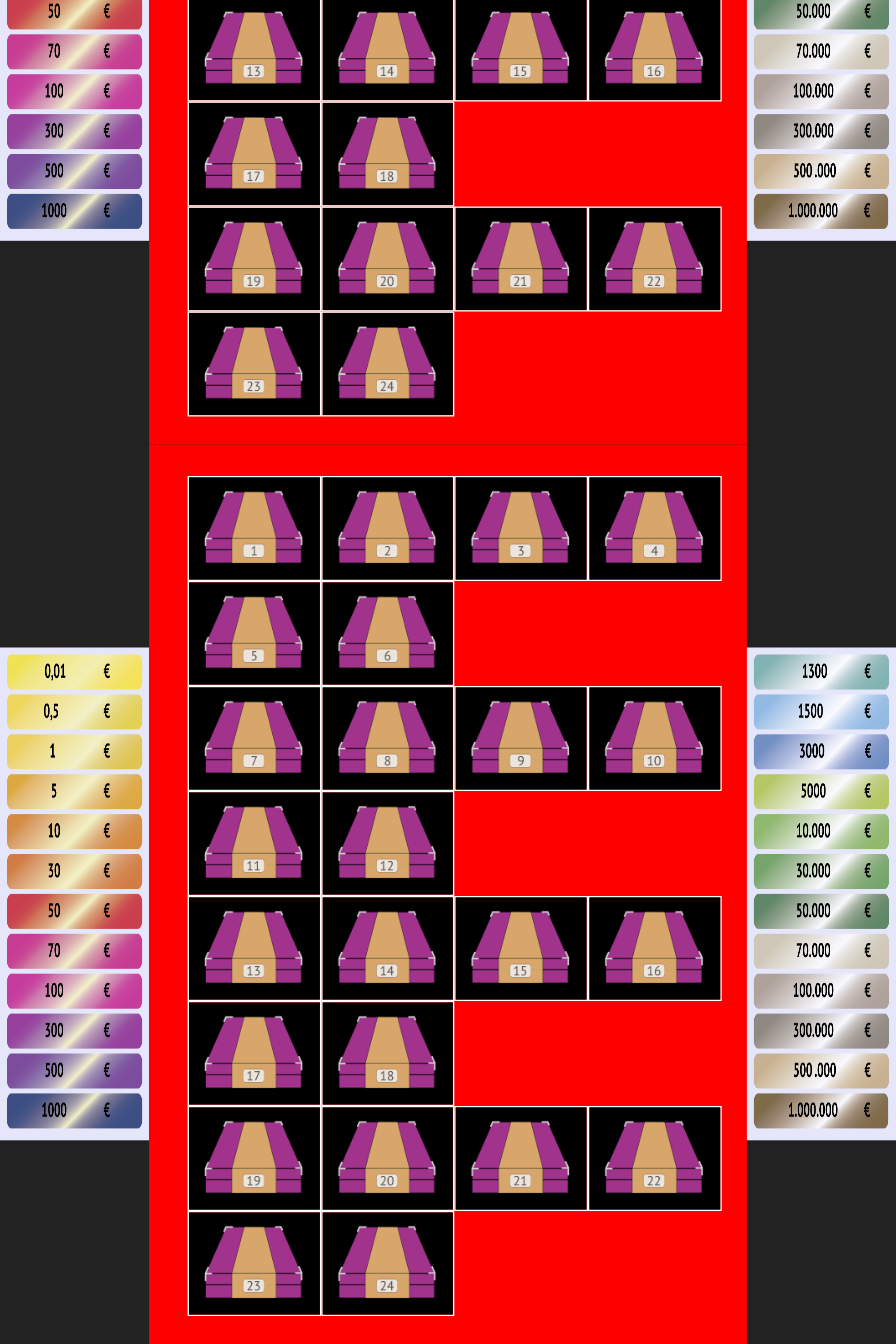
Repository: elnacp/Deal_or_no_deal
Page: DealOrNoDeal/index.html
These files come from the project's save history. The page is drawn as it stood at one moment and after the next save; the edit follows.
The browser window is 1280 px wide. The pictures show the part of the page from y = 650 to 2570 px (the page is 2570 px tall before and 1309 px after), at 70% of full size.
Some web libraries are served in a nearby version.

Above is the page before, as saved 2017-11-27 17:08:15.

After the next save:
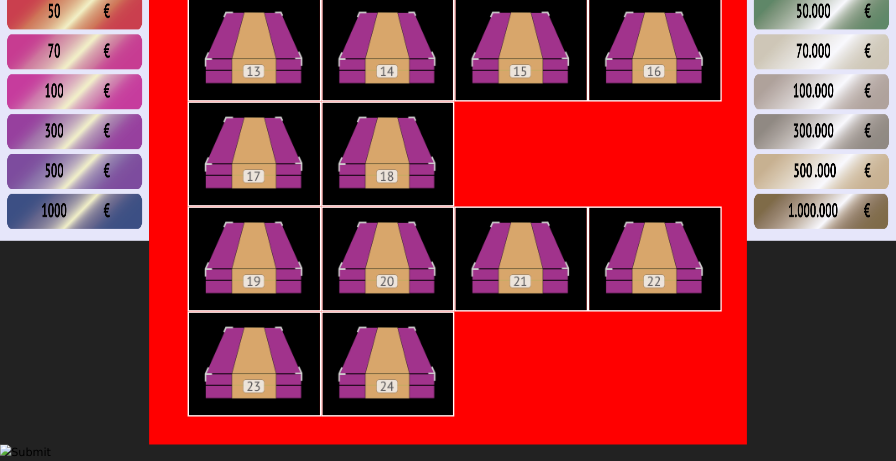
Not found: DealOrNoDeal/img/banquero_propuesta.png
Saved 8 min 17 s later.
--- a/DealOrNoDeal/index.html
+++ b/DealOrNoDeal/index.html
@@ -95,79 +95,9 @@
  		 </div>
 
  		 <div class="row">
-   			<div class="col-md-2">
+ 		 		<input type="image" id="presenter" src="./img/banquero_propuesta.png"/>
 
-					<input type="image"  id ="prizes" src="./img/prizes/0,01.png"   />
-					<input type="image"  id ="prizes" src="./img/prizes/0,5.png"   />
-					<input type="image"  id ="prizes" src="./img/prizes/1.png"  	/>
-					<input type="image"  id ="prizes" src="./img/prizes/5.png"  	/>
-					<input type="image"  id ="prizes" src="./img/prizes/10.png"     />
-					<input type="image"  id ="prizes" src="./img/prizes/30.png"     />
-					<input type="image"  id ="prizes" src="./img/prizes/50.png"     />
-					<input type="image"  id ="prizes" src="./img/prizes/70.png"     />
-					<input type="image"  id ="prizes" src="./img/prizes/100.png"    />
-					<input type="image"  id ="prizes" src="./img/prizes/300.png"    />
-					<input type="image"  id ="prizes" src="./img/prizes/500.png"    />
-					<input type="image"  id ="prizes" src="./img/prizes/1000.png"    />
-
-
-   			</div>
-    		<div class="col-md-8">
-
-    			<div id="chests" class= "row">
-					<input type="image"  id ="image" src="./img/chests/1.png"  />
-					<input type="image"  id ="image" src="./img/chests/2.png"  />
-					<input type="image"  id ="image" src="./img/chests/3.png"  />
-					<input type="image"  id ="image" src="./img/chests/4.png"  />
-					<input type="image"  id ="image" src="./img/chests/5.png"  />
-					<input type="image"  id ="image" src="./img/chests/6.png"  />
-				</div>
-				<div id="chests" class= "row">
-					<input type="image"  id ="image" src="./img/chests/7.png"   />
-					<input type="image"  id ="image" src="./img/chests/8.png"   />
-					<input type="image"  id ="image" src="./img/chests/9.png"   />
-					<input type="image"  id ="image" src="./img/chests/10.png"  />
-					<input type="image"  id ="image" src="./img/chests/11.png"  />
-					<input type="image"  id ="image" src="./img/chests/12.png"  />
-				</div>
-				<div id="chests" class= "row">
-					<input type="image"  id ="image" src="./img/chests/13.png"  />
-					<input type="image"  id ="image" src="./img/chests/14.png"  />
-					<input type="image"  id ="image" src="./img/chests/15.png"  />
-					<input type="image"  id ="image" src="./img/chests/16.png"  />
-					<input type="image"  id ="image" src="./img/chests/17.png"  />
-					<input type="image"  id ="image" src="./img/chests/18.png"  />
-				</div>
-				<div id="chests" class= "row">
-					<input type="image"  id ="image" src="./img/chests/19.png"  />
-					<input type="image"  id ="image" src="./img/chests/20.png"  />
-					<input type="image"  id ="image" src="./img/chests/21.png"  />
-					<input type="image"  id ="image" src="./img/chests/22.png"  />
-					<input type="image"  id ="image" src="./img/chests/23.png"  />
-					<input type="image"  id ="image" src="./img/chests/24.png"  />
-				</div>
-
-    		</div>
-   		 	<div class="col-md-2">
-
-
-					<input type="image"  id ="prizes" src="./img/prizes/1300.png"   />
-					<input type="image"  id ="prizes" src="./img/prizes/1500.png"   />
-					<input type="image"  id ="prizes" src="./img/prizes/3000.png"  	/>
-					<input type="image"  id ="prizes" src="./img/prizes/5000.png"  	/>
-					<input type="image"  id ="prizes" src="./img/prizes/10.000.png"     />
-					<input type="image"  id ="prizes" src="./img/prizes/30.000.png"     />
-					<input type="image"  id ="prizes" src="./img/prizes/50.000.png"     />
-					<input type="image"  id ="prizes" src="./img/prizes/70.000.png"     />
-					<input type="image"  id ="prizes" src="./img/prizes/100.000.png"    />
-					<input type="image"  id ="prizes" src="./img/prizes/300.000.png"    />
-					<input type="image"  id ="prizes" src="./img/prizes/500.000.png"    />
-					<input type="image"  id ="prizes" src="./img/prizes/1.000.000.png"    />
-
-
-   		 	</div>
- 		 </div>
-
+ 		  </div>
 	</div>
 
 </body>

After the save that followed:
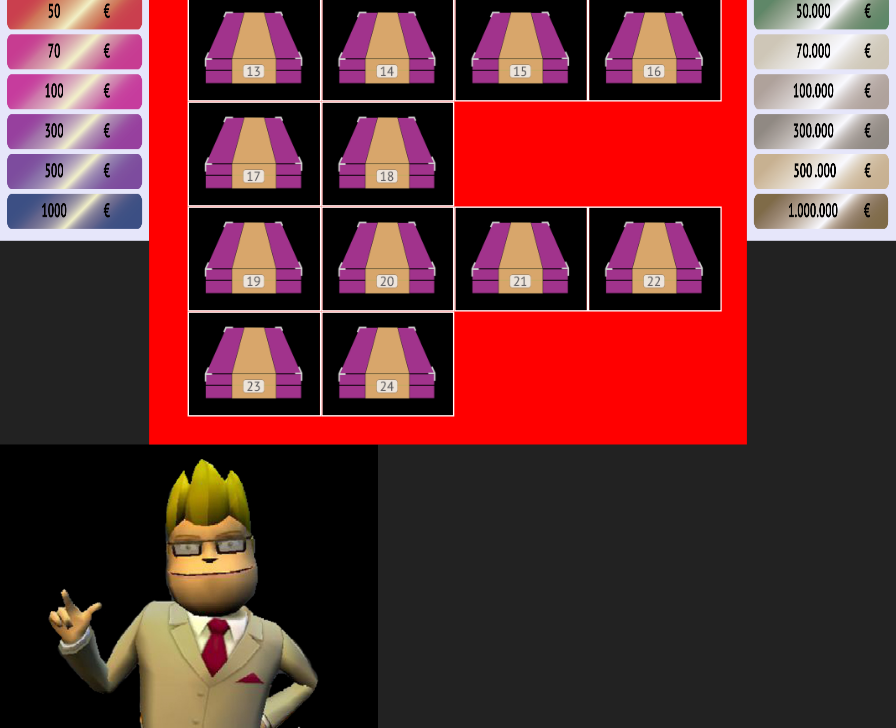
Saved 21 s later.
--- a/DealOrNoDeal/index.html
+++ b/DealOrNoDeal/index.html
@@ -95,7 +95,7 @@
  		 </div>
 
  		 <div class="row">
- 		 		<input type="image" id="presenter" src="./img/banquero_propuesta.png"/>
+ 		 		<input type="image" id="presenter" src="./img/banquero_propuesta.jpg"/>
 
  		  </div>
 	</div>
